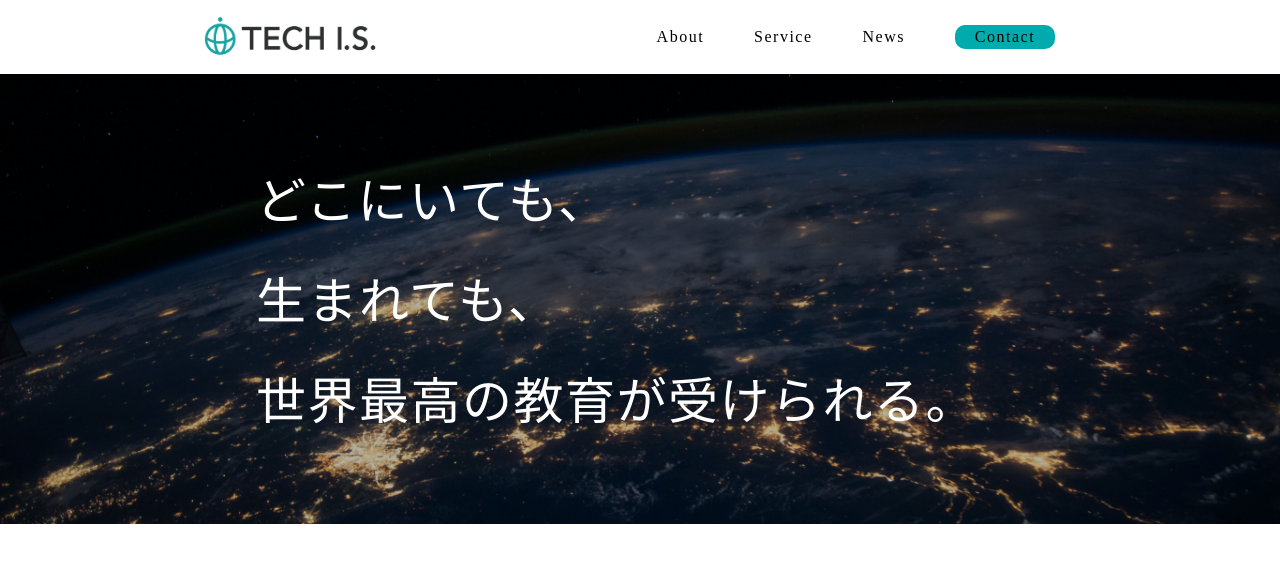
Repository: ryunoesta/lp-techis
Page: indx.html
These files come from the project's save history. The page is drawn as it stood at one moment and after a run of saves; the edit follows.
The browser window is 1280 px wide. The pictures show the whole page.

Above is the page before, as saved 2022-06-10 02:21:52.

### indx.html
<!DOCTYPE html>
<html lang="ja">
<head>
    <meta charset="UTF-8">
    <meta http-equiv="X-UA-Compatible" content="IE=edge">
    <meta name="viewport" content="width=device-width, initial-scale=1.0">
    <!-- reset css -->
    <link rel="stylesheet" href="./CSS/reset.css">
    <!-- style css -->
    <link rel="stylesheet" href="./CSS/style.css">
    <title>プログラミングスクール テックアイエス</title>
</head>
<body>
    <!-- header -->
    <header>
        <img src="./img/logo.png" alt="テックアイエスロゴ">
        <ul>
            <li class="header-list"><a href="">About</a></li>
            <li class="header-list"><a href="">Service</a></li>
            <li class="header-list"><a href="">News</a></li>
            <li class="header-list common-btn"><a href="">Contact</a></li>
        </ul>
    </header>

    <!-- fv -->
    <div class="fv">
        <img src="./img/top1.png" alt="トプ画">
        <h1>どこにいても、
            <br>
            生まれても、
            <br>
            世界最高の教育が受けられる。
        </h1>
    </div>
</body>
</html>

### CSS/reset.css
*, *::before, *::after {
    box-sizing: border-box;
}
html, body, div, span, applet, object, iframe, h1, h2, h3, h4, h5, h6, p, blockquote, pre, a,
abbr, acronym, address, big, cite, code, del, dfn, em, font, ins, kbd, q, s, samp, small, strike,
strong, sub, sup, tt, var, dl, dt, dd, ol, ul, li, fieldset, form, label, legend, table,
caption, tbody, tfoot, thead, tr, th, td {
    border: 0;
    font-size: 100%;
    font-weight: inherit;
    margin: 0;
    outline: 0;
    padding: 0;
    vertical-align: baseline;
}
body {
    width: 100%;
    height: 100%;
    margin: 0 auto;
    letter-spacing: 1.5px;
    line-height: 1.5;
}
img {
    width: 100%;
    height: 100%;
    top: 0;
    left: 0;
    object-fit: cover;
}
a {
    color: black;
    text-decoration: none;
}
ol, ul {
    list-style: none;
}
table {
    border-collapse: separate;
    border-spacing: 0;
}

### CSS/style.css
/* header */
header {
    width: 100%;
    display: flex;
    justify-content: space-between;
    padding: 10px 200px;
}

header img {
    width: 180px;
    display: block;
}

header ul {
    height: 100%;
    padding: 15px 0;
    display: flex;
}

header ul li {
    font-size: 16px;
    margin: auto 25px;
}

/* common */
.common-btn {
    display: block;
    width: 100px;
    border-radius: 10px;
    background: #00abae;
    text-align: center;
}


/* fv */
.fv {
    position: relative;
}

.fv h1 {
    position: absolute;
    top: 50%;
    left: 20%;
    -webkit-transform: translateY(-50%);
    -moz-transform: translateY(-50%);
    -ms-transform: translateY(-50%);
    -o-transform: translateY(-50%);
    transform: translateY(-50%);
    color: #fff;
    font-size: 50px;
    line-height: 2;
}

After the next 2 saves:
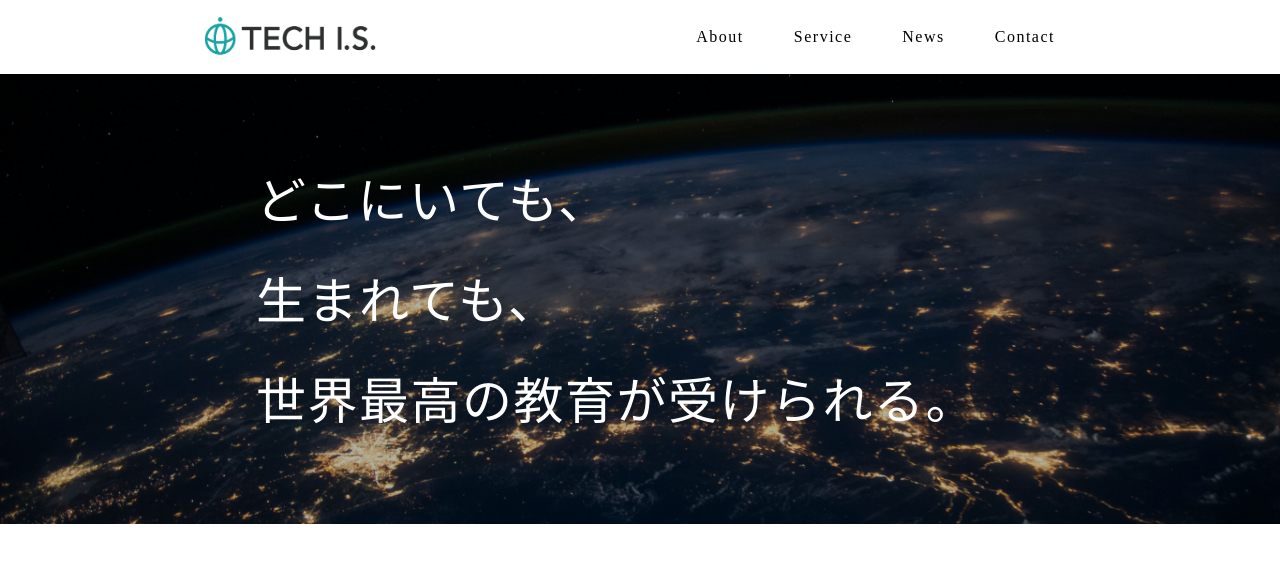
The 2 saves are shown as one change because they came seconds apart.
The last was saved 17 s later.
--- a/CSS/style.css
+++ b/CSS/style.css
@@ -21,6 +21,8 @@
     font-size: 16px;
     margin: auto 25px;
 }
+
+header ul li
 
 /* common */
 .common-btn {

After the 3 saves that followed:
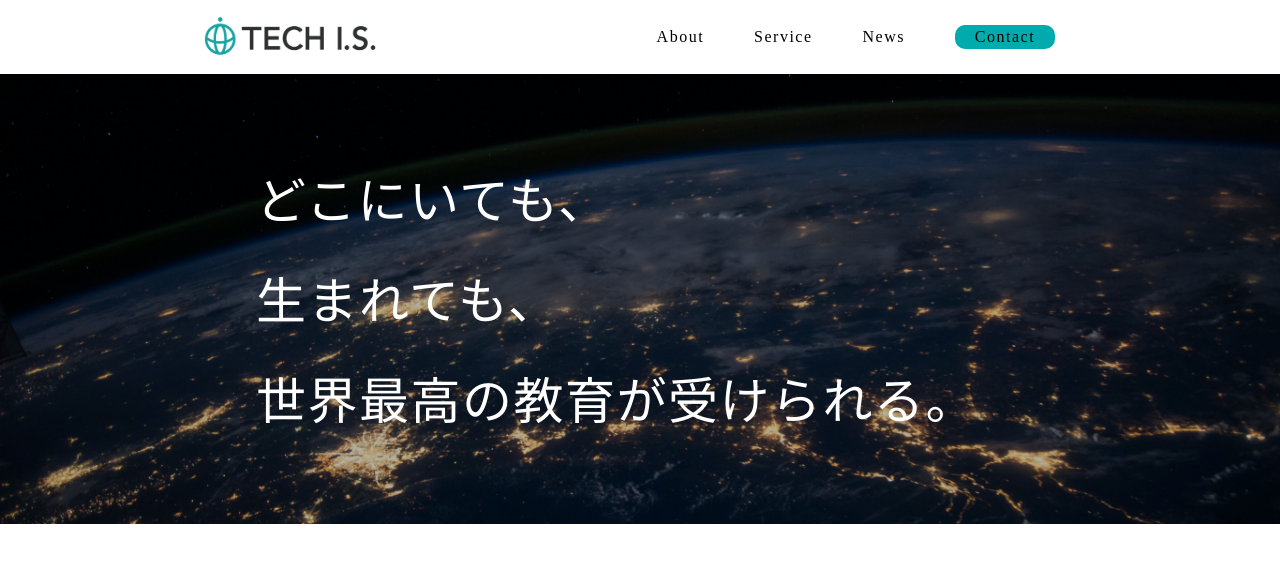
The 3 saves are shown as one change because 1 left the picture as it was and some came seconds apart.
The last was saved 10 s later.
--- a/CSS/style.css
+++ b/CSS/style.css
@@ -22,7 +22,9 @@
     margin: auto 25px;
 }
 
-header ul li
+header ul li .common-btn {
+    fon
+}
 
 /* common */
 .common-btn {
